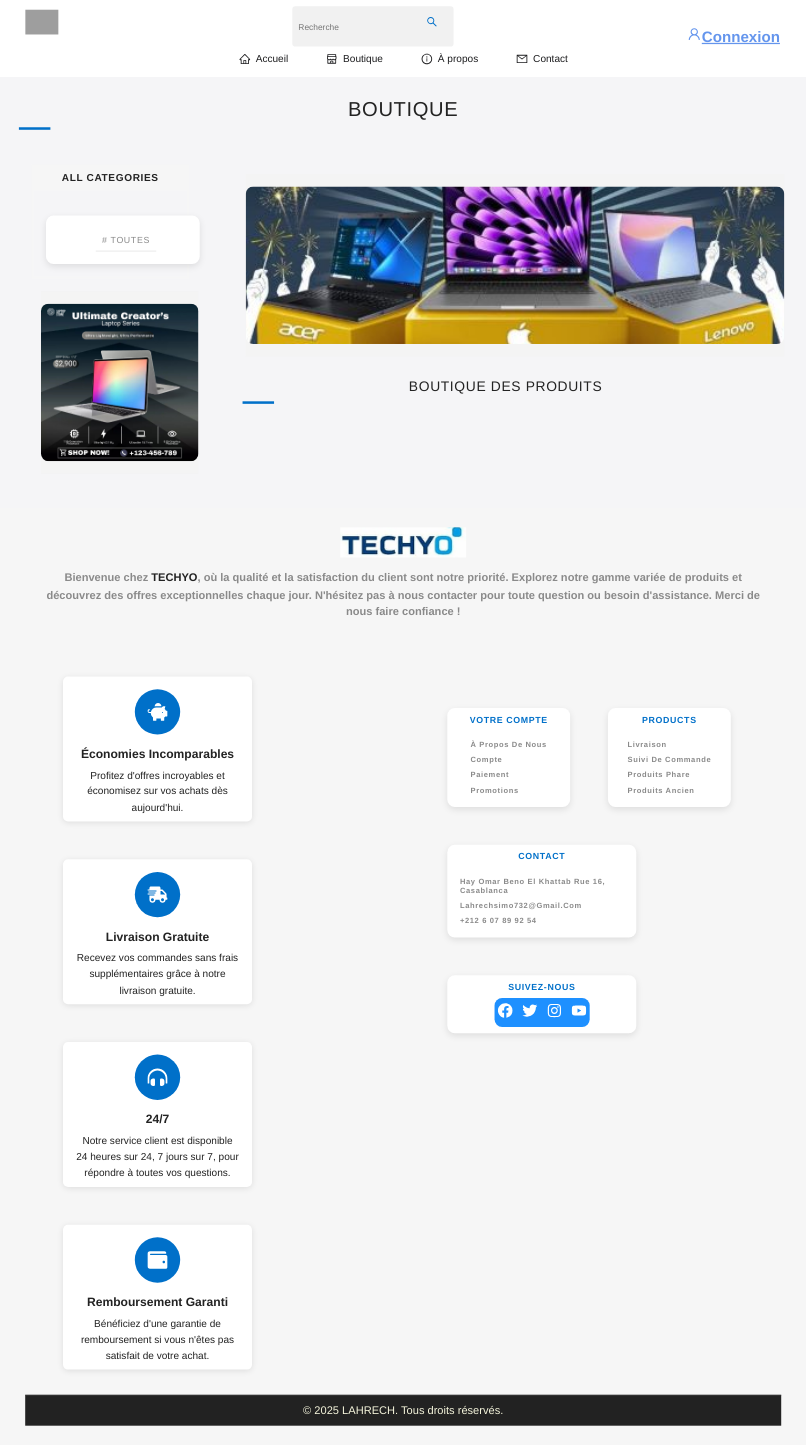
Repository: sebti-cloud/project-modern
Page: /shop (app in ecommerce_website/)
The author's editor kept a copy of each file at every save. The page is drawn from the files as they stood at one save, then again after the next save.
The browser window is 1280 px wide. The pictures show the whole page, at 63% of full size.
The page's requests for data from a server got no answer. The project was rebuilt for these pictures with package versions that can differ from the ones it lists, and the page was loaded fresh each time. No one was signed in, and anything a server would have sent is missing. Also part of the build but not shown: ecommerce_website/src/comp/home.js, ecommerce_website/src/comp/cart.js, ecommerce_website/src/comp/contact.js, ecommerce_website/src/comp/Products.js, ecommerce_website/src/comp/Orders.js, ecommerce_website/src/comp/LikedProducts.js, ecommerce_website/src/comp/Categories.js, ecommerce_website/src/comp/AdminContacts.js and 22 more.

Above is the page before, as saved 2025-01-26 16:56:55.

### ecommerce_website/src/comp/about.css
* {
    margin: 0;
    padding: 0;
    box-sizing: border-box;
    font-family: 'Helvetica Neue', Arial, sans-serif;
}

body {
    background-color: #f5f5f7;
    color: #1d1d1f;
    margin: 0;
    padding: 0;
}

.about-container {
    max-width: 1200px;
    margin: 0 auto;
    padding: 20px;
    background: white;
    border-radius: 12px;
    box-shadow: 0 4px 12px rgba(0, 0, 0, 0.1);
}

h1 {
    font-size: 2.5rem;
    margin-bottom: 20px;
    text-align: center;
    position: relative;
}

h1::after {
    content: '';
    display: block;
    width: 50px;
    height: 4px;
    background-color: #000;
    margin: 20px auto;
}

h2 {
    font-size: 2rem;
    margin-bottom: 15px;
    position: relative;
}

h2::after {
    content: '';
    display: block;
    width: 50px;
    height: 4px;
    background-color: #0070c9;
    margin: 10px 0;
}

p {
    font-size: 1.1rem;
    line-height: 1.6;
    margin-bottom: 0px;
    color: #232323;
    font-weight: 200;
}
.footer .footer-copyright p
{
color: beige;
}

ul {
    list-style: none;
    margin: 0;
    padding: 0;
}

ul li {
    margin-bottom: 10px;
    font-size: 1.1rem;
}

ul li strong {
    color: #0070c9;
}

.about-section {
    margin-bottom: 40px;
}

.cart-icon {
    position: fixed;
    top: 20px;
    right: 20px;
    background-color: white;
    border-radius: 50%;
    padding: 10px;
    box-shadow: 0 2px 10px rgba(0, 0, 0, 0.1);
    display: flex;
    align-items: center;
}

.cart-icon span {
    position: absolute;
    top: -10px;
    right: -10px;
    background-color: red;
    color: white;
    border-radius: 50%;
    padding: 5px;
    font-size: 0.8rem;
}

### ecommerce_website/src/comp/sales.css
.sales {
    width: 100%;
    padding: 20px;
}

.banner {
    text-align: center;
    background-color: #ff4732;
    color: #fff;
    padding: 20px 0;
}

.banner h2 {
    font-size: 36px;
    margin: 0;
}

.banner p {
    font-size: 16px;
}

.filters {
    display: flex;
    justify-content: center;
    margin: 20px 0;
}

.filters button {
    margin: 0 10px;
    padding: 10px 20px;
    border: none;
    background-color: #ff4732;
    color: #fff;
    cursor: pointer;
    transition: background-color 0.3s ease;
}

.filters button:hover {
    background-color: #e03c2f;
}

.products_grid {
    display: grid;
    grid-template-columns: repeat(auto-fill, minmax(200px, 1fr));
    gap: 20px;
}

.product_card {
    background-color: #fff;
    border: 1px solid #ddd;
    padding: 10px;
    text-align: center;
    transition: transform 0.3s ease;
}

.product_card img {
    max-width: 100%;
    height: auto;
}

.product_card h3 {
    font-size: 18px;
    margin: 10px 0;
}

.product_card p {
    font-size: 16px;
    color: #ff4732;
    margin: 10px 0;
}

.product_card button {
    background-color: #ff4732;
    color: #fff;
    border: none;
    padding: 10px 20px;
    cursor: pointer;
    transition: background-color 0.3s ease;
}

.product_card button:hover {
    background-color: #e03c2f;
}
.cart-icon {
    position: fixed;
    top: 20px;
    right: 20px;
    background-color: #ff729d;
    color: white;
    padding: 15px;
    border-radius: 50%;
    box-shadow: 0 0 10px rgba(0, 0, 0, 0.1);
    display: flex;
    align-items: center;
    justify-content: center;
    cursor: pointer;
    z-index: 1000;
  }

  .cart-icon svg {
    font-size: 28px; /* Augmenter la taille de l'icône */
  }

  .cart-count {
    margin-left: 5px;
    font-size: 18px; /* Augmenter la taille du compteur */
    font-weight: bold;
  }

### ecommerce_website/src/comp/oldProduct.css
.oldProducts {
    width: 100%;
    padding: 20px;
}

.banner {
    text-align: center;
    background-color: #f4f4f4;
    padding: 20px 0;
}

.banner h2 {
    font-size: 36px;
    margin: 0;
}

.banner p {
    font-size: 16px;
}

.filters {
    display: flex;
    justify-content: center;
    margin: 20px 0;
}

.filters button {
    margin: 0 10px;
    padding: 10px 20px;
    border: none;
    background-color: #ff4732;
    color: #fff;
    cursor: pointer;
    transition: background-color 0.3s ease;
}

.filters button:hover {
    background-color: #e03c2f;
}

.products_grid {
    display: grid;
    grid-template-columns: repeat(auto-fill, minmax(200px, 1fr));
    gap: 20px;
}

.product_card {
    background-color: #fff;
    border: 1px solid #ddd;
    padding: 10px;
    text-align: center;
    transition: transform 0.3s ease;
}

.product_card img {
    max-width: 100%;
    height: auto;
}

.product_card h3 {
    font-size: 18px;
    margin: 10px 0;
}

.product_card p {
    font-size: 16px;
    color: #ff4732;
    margin: 10px 0;
}

.product_card button {
    background-color: #ff4732;
    color: #fff;
    border: none;
    padding: 10px 20px;
    cursor: pointer;
    transition: background-color 0.3s ease;
}

.product_card button:hover {
    background-color: #e03c2f;
}
.cart-icon {
    position: fixed;
    top: 20px;
    right: 20px;
    background-color: #ff729d;
    color: white;
    padding: 15px;
    border-radius: 50%;
    box-shadow: 0 0 10px rgba(0, 0, 0, 0.1);
    display: flex;
    align-items: center;
    justify-content: center;
    cursor: pointer;
    z-index: 1000;
  }

  .cart-icon svg {
    font-size: 28px; /* Augmenter la taille de l'icône */
  }

  .cart-count {
    margin-left: 5px;
    font-size: 18px; /* Augmenter la taille du compteur */
    font-weight: bold;
  }

### ecommerce_website/src/comp/register.css
/* Styles pour le conteneur d'inscription uniquement */
.register-page {
    height: 100vh;
    display: flex;
    justify-content: center;
    align-items: center;
    background: linear-gradient(135deg, #ff9a9e 0%, #fad0c4 100%);
    margin: 0;
    padding: 0;
    font-family: 'Arial', sans-serif;
  }

  .register-container {
    width: 100%;
    max-width: 400px;
    background: #fff;
    padding: 40px;
    border-radius: 10px;
    box-shadow: 0 4px 8px rgba(0, 0, 0, 0.1);
  }

  .register-form-container {
    display: flex;
    flex-direction: column;
    align-items: center;
  }

  h2 {
    margin-bottom: 20px;
    color: #333;
  }

  .input-group {
    width: 100%;
    margin-bottom: 20px;
  }

  .input-group label {
    display: block;
    margin-bottom: 5px;
    color: #666;
  }

  .input-group input, .input-group textarea {
    width: 100%;
    padding: 10px;
    border: 1px solid #ddd;
    border-radius: 5px;
    transition: all 0.3s;
  }

  .input-group.name input, .input-group.phone input, .input-group.password input, .input-group.email input, .input-group.address textarea {
    width: 100%;
  }

  .input-group input:focus, .input-group textarea:focus {
    border-color: #ff6f61;
    box-shadow: 0 0 8px rgba(255, 111, 97, 0.3);
    outline: none;
  }

  .register-button {
    width: 100%;
    padding: 10px 0;
    background: #ff6f61;
    color: #fff;
    border: none;
    border-radius: 5px;
    font-weight: bold;
    cursor: pointer;
    transition: all 0.3s;
  }

  .register-button:hover {
    background: #e65c53;
  }

### ecommerce_website/src/comp/login.css
/* Styles pour le conteneur de connexion uniquement */
.login-page {
    height: 100vh;
    display: flex;
    justify-content: center;
    align-items: center;
    background: linear-gradient(135deg, #ff9a9e 0%, #fad0c4 100%);
    margin: 0;
    padding: 0;
    font-family: 'Arial', sans-serif;
}

.login-container {
    width: 100%;
    max-width: 400px;
    background: #fff;
    padding: 40px;
    border-radius: 10px;
    box-shadow: 0 4px 8px rgba(0, 0, 0, 0.1);
}

.login-form-container {
    display: flex;
    flex-direction: column;
    align-items: center;
}

h2 {
    margin-bottom: 20px;
    color: #333;
}

.input-group {
    width: 100%;
    margin-bottom: 20px;
}

.input-group label {
    display: block;
    margin-bottom: 5px;
    color: #232323;
}

.input-group input {
    width: 100%;
    padding: 10px;
    border: 1px solid #ddd;
    border-radius: 5px;
    transition: all 0.3s;
}

.input-group.password input {
    width: 100%;
    /* Augmenter la largeur à 100% du conteneur parent */
}


.input-group input:focus {
    border-color: #ff6f61;
    box-shadow: 0 0 8px rgba(255, 111, 97, 0.3);
    outline: none;
}

.login-button {
    width: 100%;
    padding: 10px 0;
    background: #ff6f61;
    color: #fff;
    border: none;
    border-radius: 5px;
    font-weight: bold;
    cursor: pointer;
    transition: all 0.3s;
    margin-bottom: 10px;
}

.login-button:hover {
    background: #e65c53;
}

.google-login-button {
    width: 100%;
    padding: 10px 0;
    background: #4285f4;
    color: #fff;
    border: none;
    border-radius: 5px;
    font-weight: bold;
    cursor: pointer;
    transition: all 0.3s;
}

.google-login-button:hover {
    background: #357ae8;
}

.signup-link {
    margin-top: 20px;
    color: #666;
    font-size: 14px;
}

.signup-link a {
    color: #4285f4;
    text-decoration: none;
}

.signup-link a:hover {
    text-decoration: underline;
}

### ecommerce_website/src/comp/home.css
/* home.css */

/* Réinitialisation de base */
* {
    margin: 0;
    padding: 0;
    box-sizing: border-box;
    font-family: 'Helvetica Neue', Arial, sans-serif;
}

body {
    background-color: #f5f5f7;
    color: #1d1d1f;
    margin: 0;
    padding: 0;
}/* home.css */

/* Conteneur de produits pour la section product_type */
.product_type .container {
  display: flex;
  flex-direction: column; /* Aligner les éléments en colonne */
  align-items: center; /* Centrer les éléments */
  gap: 20px;
  padding: 20px;
}

/* Boîte de produit */
.product_type .productbox {
  width: 100%; /* Utiliser toute la largeur disponible */
  max-width: 600px; /* Limiter la largeur maximale */
  box-sizing: border-box;
  margin-bottom: 20px;
  background: #fff; /* Fond blanc */
  border: 1px solid #e0e0e0; /* Bordure légère */
  border-radius: 15px; /* Bordure arrondie */
  box-shadow: 0 4px 8px rgba(0, 0, 0, 0.1); /* Ombre subtile */
  transition: transform 0.3s ease; /* Transition pour animation */
  display: flex;
  flex-direction: column;
  justify-content: space-between; /* Assurer que les éléments internes soient bien alignés */
  padding: 10px;
}

/* Animation au survol */
.product_type .productbox:hover {
  transform: translateY(-5px); /* Légère élévation au survol */
}

/* Boîte d'image */
.product_type .productbox .img_box {
  width: 100%;
  height: 300px; /* Ajustez la hauteur selon vos besoins */
  overflow: hidden;
  border-radius: 15px 15px 0 0; /* Bordure arrondie en haut */
  display: flex; /* Utiliser flexbox pour centrer l'image */
  align-items: center;
  justify-content: center;
}

/* Image du produit */
.product_type .productbox .img_box img {
  width: 100%;
  height: auto;
  object-fit: cover;
  transition: transform 0.3s ease; /* Transition pour animation */
}

/* Animation de l'image au survol */
.product_type .productbox:hover .img_box img {
  transform: scale(1.05); /* Zoom léger au survol */
}

/* Détails du produit */
.product_type .productbox .detail {
  padding: 15px;
  text-align: center;
  flex: 1;
}

/* Titre du produit */
.product_type .productbox .detail h3 {
  font-size: 20px;
  margin: 10px 0;
  color: #333;
}

/* Prix du produit */
.product_type .productbox .detail p {
  font-size: 18px;
  margin: 5px 0;
  color: #666;
}

/* Conteneur pour les boutons et icônes */
.product_type .productbox .icon {
  display: flex;
  justify-content: center;
  gap: 10px;
  margin-top: 15px;
}

/* Bouton d'ajout au panier */
.product_type .productbox .detail button {
  display: inline-block;
  padding: 10px 20px;
  background-color: #0071e3; /* Couleur bleue Apple */
  color: white;
  border: none;
  border-radius: 5px;
  cursor: pointer;
  transition: background-color 0.3s ease; /* Transition pour animation */
}

/* Changement de couleur au survol */
.product_type .productbox .detail button:hover {
  background-color: #005bb5; /* Couleur bleue foncée au survol */
}

.container {
    max-width: 1200px;
    margin: 0 auto;
    padding: 20px;
}

.header {
    text-align: center;
    margin-bottom: 40px;
}

.header h2 {
    font-size: 2rem;
    position: relative;
    margin-bottom: 10px;
    left: 130%;
}

.header h2::after {
    content: '';
    display: block;
    width: 50px;
    height: 4px;
    background-color: #000;
    margin: 20px auto;
}

.header .cate {
    display: flex;
    justify-content: center;
    gap: 20px;
}

.header .cate h3 {
    font-size: 1.2rem;
    color: #0070c9;
    cursor: pointer;
    transition: color 0.3s ease;
}

.header .cate h3:hover {
    color: #0056a3;
}
.top_banner {
    background: url('http://localhost:3001/uploads/slide-1.jpg') no-repeat center center;
    background-size: cover;
    height: 400px;
    position: relative;
    display: flex;
    justify-content: center;
    align-items: center;
    color: white;
    text-align: center;
    margin-bottom: 40px;
    margin-top: 0px;
}

.top_banner h2 {
    font-size: 4rem;
    margin-bottom: 20px;
    color: beige;
}

.top_banner p {
    font-size: 1.2rem;
    margin-bottom: 30px;
    color: burlywood;
}

.top_banner .link {
    background-color: #0070c9;
    color: white;
    padding: 10px 20px;
    border-radius: 8px;
    text-decoration: none;
    transition: background-color 0.3s ease;
}

.top_banner .link:hover {
    background-color: #0056a3;
}

.cart-icon {
    position: fixed;
    top: 20px;
    right: 20px;
    background-color: white;
    color: #cd1e70;
    border-radius: 50%;
    padding: 10px;
    box-shadow: 0 2px 10px rgba(0, 0, 0, 0.1);
    display: flex;
    align-items: center;
}

.cart-icon span {
    position: absolute;
    top: -10px;
    right: -10px;
    background-color: red;
    color: white;
    border-radius: 50%;
    padding: 5px;
    font-size: 0.8rem;
}
.products,
.productbox,
.left_box .box {
    display: flex;
    flex-wrap: wrap;
    gap: 40px;
    justify-content: center;
}

.box,
.productbox,
.left_box .box {
    background: white;
    padding: 20px;
    border-radius: 12px;
    box-shadow: 0 4px 12px rgba(0, 0, 0, 0.1);
    transition: transform 0.3s ease, box-shadow 0.3s ease;
    margin: 20px;
    position: relative;
    max-width: 300px; /* Fixe la largeur maximale pour empêcher les boîtes d'être trop grandes */
}

.box:hover,
.productbox:hover,
.left_box .box:hover {
    transform: translateY(-5px);
    box-shadow: 0 8px 24px rgba(0, 0, 0, 0.2);
}

.img_box,
.img-box,
.left_box .img_box {
    width: 100%;
    height: 250px;
    padding-top: 0; /* Ajusté pour le ratio 16:9 */
    position: relative;
    overflow: hidden;
    border-radius: 12px;
}
.img_box img,
.img-box img,
.left_box .img_box img {
    position: absolute;
    top: 0;
    left: 0;
    width: 100%;
    height: 100%;
    object-fit: cover;
    transition: transform 0.3s ease;
}

.img_box:hover img,
.img-box:hover img,
.left_box .img_box:hover img {
    transform: scale(1.1);
}

.icon {
    display: flex;
    justify-content: center;
    gap: 10px;
    margin-top: 10px;
    margin-right: 10px;
}

.icon_box {
    background: rgba(255, 255, 255, 0.8);
    border-radius: 50%;
    padding: 10px;
    cursor: pointer;
    font-size: 1.5rem;
    color: #1d1d1f;
    transition: background-color 0.3s ease, color 0.3s ease;
    display: flex;
    /* Ajout pour aligner horizontalement */
    flex-direction: row;
    /* Alignement horizontal */
    align-items: center;
    /* Centrer verticalement */
}

.icon_box:hover {
    background-color: #0070c9;
    color: white;
}

.newsletter {
    background-color: #fff;
    padding: 20px;
    border-radius: 12px;
    box-shadow: 0 2px 10px rgba(0, 0, 0, 0.1);
    text-align: center;
    margin-top: 40px;
}

.newsletter input[type="email"] {
    width: 100%;
    padding: 10px;
    margin: 10px 0;
    border: 1px solid #ccc;
    border-radius: 8px;
}

.newsletter button {
    background-color: #0070c9;
    color: white;
    padding: 10px 20px;
    border: none;
    border-radius: 8px;
    cursor: pointer;
    transition: background-color 0.3s ease;
}

.newsletter button:hover {
    background-color: #0056a3;
}

.product_detail {
    display: flex;
    flex-direction: column;
    align-items: center;
    justify-content: center;
    position: fixed;
    top: 50%;
    left: 50%;
    transform: translate(-50%, -50%);
    background: #fff;
    padding: 20px;
    border-radius: 10px;
    box-shadow: 0 4px 10px rgba(0, 0, 0, 0.1);
    max-width: 70%;
    max-height: 70%;
    overflow-y: auto;
    z-index: 1000;
}
.detail_container .img_box {
    width: 100%;
    padding-top: 56.25%; /* Ratio 16:9 */
    position: relative;
    border-radius: 12px;
    overflow: hidden;
    margin-bottom: 20px;
}

.detail_container .img_box img {
    position: absolute;
    top: 0;
    left: 0;
    width: 100%;
    height: 100%;
    object-fit: cover;
}

.detail_container .info {
    width: 100%;
}

.close_btn {
    background: none;
    border: none;
    font-size: 2rem;
    color: #000;
    position: absolute;
    top: 20px;
    right: 20px;
    cursor: pointer;
}

.close_btn:hover {
    color: #ff0000;
}

.liked-message {
    background-color: #ffeb3b;
    color: #000;
    padding: 10px 20px;
    position: fixed;
    top: 10px;
    right: 10px;
    border-radius: 5px;
    box-shadow: 0 2px 10px rgba(0, 0, 0, 0.1);
    z-index: 1000;
}

/* Styles pour le carrousel */
.slick-slider {
        position: relative;
        display: block;
        box-sizing: border-box;
        -webkit-user-select: none;
        width: 200px;
        height: 200px;
        user-select: none;
        touch-action: pan-y;
        -webkit-tap-highlight-color: transparent;
}

.slick-list {
  position: relative;
  display: block;
  overflow: hidden;
  margin: 0;
  padding: 0;
}

.slick-slide {
  display: none;
  float: left;
  height: 100%;
  min-height: 1px;
}

.slick-initialized .slick-slide {
  display: block;
}

.slick-prev, .slick-next {
  z-index: 1;
  color: #000;
  font-size: 20px;
  line-height: 0;
  position: absolute;
  top: 50%;
  transform: translate(0, -50%);
  cursor: pointer;
  /* Masquer les flèches de navigation du carrousel */
    display: none !important;

}

.slick-prev {
  left: 10px;
}

.slick-next {
  right: 10px;
}

/* home.css */

/* Ajoutez ces lignes à la fin de votre fichier CSS */

/* Styles pour les points de navigation
.slick-dots {
    position: absolute;
    bottom: -15px;
    display: block;
    width: 100%;
    padding: 0;
    margin: 0;
    list-style: none;
    text-align: center;
  }*/

  /* home.css */

/* Position des points de navigation juste en dessous de la boîte d'image */
.slick-dots {
    position: relative; /* Modifiez la position pour qu'elle soit relative */
    bottom: 10px; /* Ajustez la marge en fonction de vos besoins */
    display: block;
    width: 100%;
    padding: 0;
    margin-top: 10px;
    list-style: none;
    text-align: center;
  }


  .slick-dots li {
    position: relative;
    display: inline-block;
    width: 20px;
    height: 20px;
    margin: 0 5px;
    padding: 0;
    cursor: pointer;
  }

  .slick-dots li button {
    font-size: 0;
    line-height: 0;
    display: block;
    width: 20px;
    height: 20px;
    padding: 5px;
    cursor: pointer;
    color: transparent;
    border: 0;
    outline: none;
    background: transparent;
  }

  .slick-dots li button:before {
    font-family: 'slick';
    font-size: 20px;
    line-height: 20px;
    position: absolute;
    top: 0;
    left: 0;
    width: 20px;
    height: 20px;
    content: '•';
    text-align: center;
    opacity: 0.25;
    color: black;
  }

  .slick-dots li.slick-active button:before {
    opacity: 0.75;
    color: black;
  }

### ecommerce_website/src/comp/contact.css
* {
    margin: 0;
    padding: 0;
    box-sizing: border-box;
    font-family: 'Helvetica Neue', Arial, sans-serif;
}

body {
    background-color: #f5f5f7;
    color: #1d1d1f;
    padding: 0;
}



.contact {
    max-width: 800px;
    margin: 0 auto;
    padding: 20px;
    background: white;
    border-radius: 12px;
    box-shadow: 0 4px 12px rgba(0, 0, 0, 0.1);
}

h2 {
    font-size: 2.5rem;
    margin-bottom: 20px;
    text-align: center;
    position: relative;
}

h2::after {
    content: '';
    display: block;
    width: 50px;
    height: 4px;
    background-color: #000;
    margin: 20px auto;
}

.box {
    display: flex;
    flex-direction: column;
    margin-bottom: 20px;
}

.box .lable h4 {
    font-size: 1.2rem;
    margin-bottom: 10px;
}

.box .input input,
.box .input textarea {
    width: 100%;
    padding: 10px;
    border: 1px solid #ddd;
    border-radius: 8px;
    font-size: 1rem;
}

.box .input textarea {
    resize: vertical;
    height: 150px;
}

button {
    background-color: #0070c9;
    color: white;
    padding: 10px 20px;
    border: none;
    border-radius: 8px;
    cursor: pointer;
    transition: background-color 0.3s ease;
}

button:hover {
    background-color: #0056a3;
}

.cart-icon {
    position: fixed;
    top: 20px;
    right: 20px;
    background-color: white;
    border-radius: 50%;
    padding: 10px;
    box-shadow: 0 2px 10px rgba(0, 0, 0, 0.1);
    display: flex;
    align-items: center;
}

.cart-icon span {
    position: absolute;
    top: -10px;
    right: -10px;
    background-color: red;
    color: white;
    border-radius: 50%;
    padding: 5px;
    font-size: 0.8rem;
}

Loaded but not shown: ecommerce_website/public/index.html (common file); ecommerce_website/src/comp/shop.js (508 lines, source omitted); ecommerce_website/src/App.js (199 lines, source omitted); ecommerce_website/src/comp/footer.js (128 lines, source omitted); ecommerce_website/src/comp/nav.js (108 lines, source omitted); ecommerce_website/src/comp/home_product.js (112 lines, source omitted); ecommerce_website/src/comp/rout.js (21 lines, source omitted); ecommerce_website/src/index.js (24 lines, source omitted); ecommerce_website/src/comp/admin.css (582 lines, source omitted); ecommerce_website/src/comp/shop.css (439 lines, source omitted); ecommerce_website/src/styles/app.css (421 lines, source omitted); ecommerce_website/src/comp/footer.css (216 lines, source omitted); ecommerce_website/src/comp/cart.css (205 lines, source omitted); ecommerce_website/src/comp/TrackOrder.css (175 lines, source omitted); ecommerce_website/src/comp/UserProfile.css (159 lines, source omitted); ecommerce_website/src/comp/delivery.css (131 lines, source omitted); ecommerce_website/src/comp/nav.css (123 lines, source omitted); ecommerce_website/src/comp/topProducts.css (114 lines, source omitted)

After the next save:
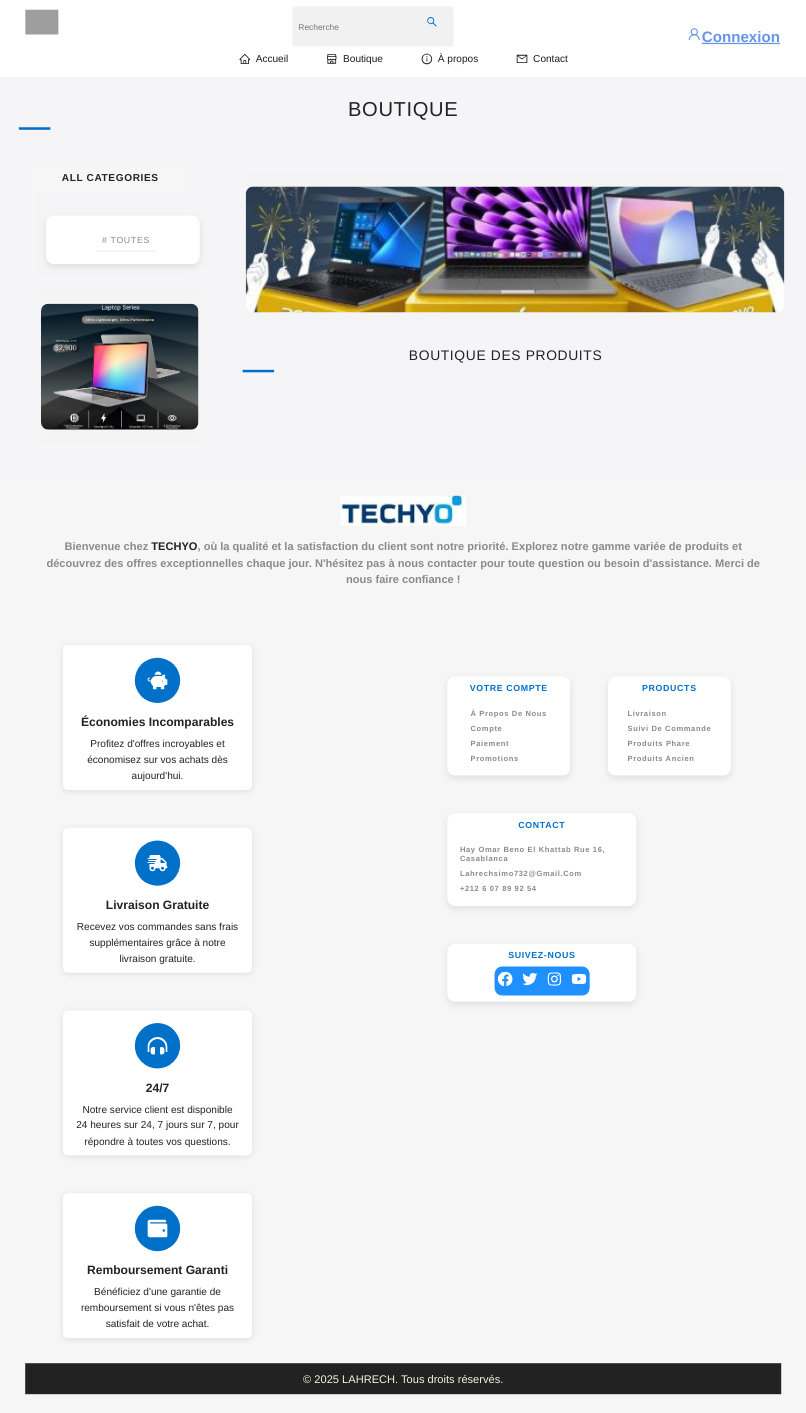
Saved 4 min 7 s later.
--- a/ecommerce_website/src/comp/home.css
+++ b/ecommerce_website/src/comp/home.css
@@ -254,10 +254,13 @@
 .img-box,
 .left_box .img_box {
     width: 100%;
-    height: 250px;
-    padding-top: 0; /* Ajusté pour le ratio 16:9 */
+    OVERFLOW: hidden;
+    height: 200px;
+    padding-top: 0;
+    display: flex;
     position: relative;
     overflow: hidden;
+    justify-content: center;
     border-radius: 12px;
 }
 .img_box img,
